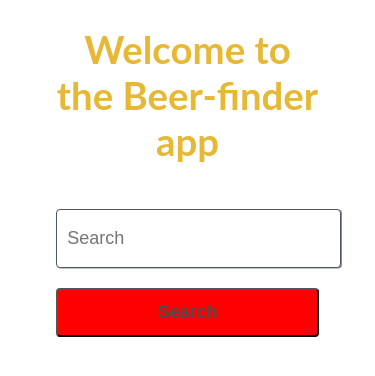
Repository: marcinszymaszek/beer-finder
Page: /
The author's editor kept a copy of each file at every save. The page is drawn from the files as they stood at one save, then again after the next save.
The browser window is 375 px wide. The pictures show the whole page.
The project was rebuilt for these pictures with package versions that can differ from the ones it lists, and the page was loaded fresh each time.

Above is the page before, as saved 2020-05-10 20:50:11.

After the next save:
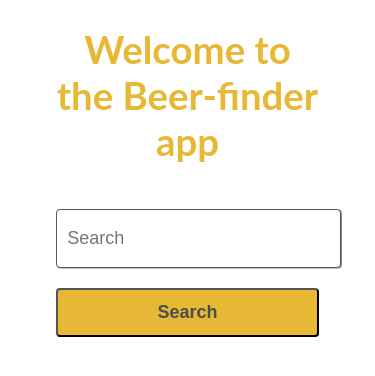
Saved 93 s later.
--- a/src/components/main/App.css
+++ b/src/components/main/App.css
@@ -13,13 +13,13 @@
   line-height: normal;
 }
 
-@media (max-width: 1199px)  {
+@media (max-width: 790px)  {
   .main-container  {
     font-size: 1.2em;
   }
 }
 
-@media (max-width: 576px)  {
+@media (max-width: 580px)  {
   .main-container  {
     height: auto;
     margin-bottom: 20%;
--- a/src/components/search/Search.css
+++ b/src/components/search/Search.css
@@ -32,11 +32,10 @@ input {
     }
 
 
-@media (max-width: 767px)  {
+@media (max-width: 790px)  {
 
     button {
         width: 60%;
-        background-color:red;
     }
 
     .inline-container {
@@ -44,7 +43,7 @@ input {
     }
 }
 
-@media (max-width: 576px)  {
+@media (max-width: 580px)  {
     input {
         width: 100%;
         margin: 20px 0px;
